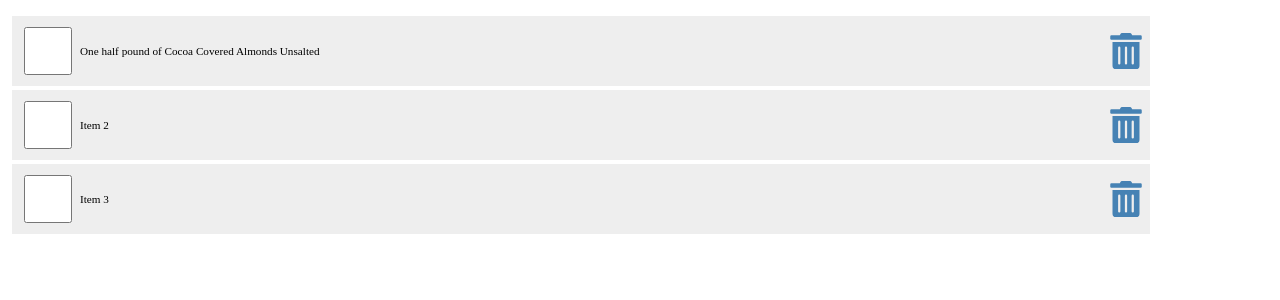
Repository: akinmiday/react-series
Page: /
An editor plug-in stored every save of this project. The page is shown before and after the next save, followed by the edit.
The browser window is 1280 px wide. The pictures show the whole page.
The project was rebuilt for these pictures with package versions that can differ from the ones it lists, and the page was loaded fresh each time. Also part of the build but not shown: vite.config.js, src/index.css.

Above is the page before, as saved 2023-08-21 18:45:28.

### src/App.jsx
import { useState } from 'react'
import { FaTrashAlt } from "react-icons/fa"
import './App.css'

const App = () => {

  const [items, setItems] = useState([
    {
      id: 1,
      checked: false,
      item: "One half pound of Cocoa Covered Almonds Unsalted"
    },
    {
      id: 2,
      checked: false,
      item: "Item 2"
    },
    {
      id: 3,
      checked: false,
      item: "Item 3"

    }
  ])

  const handleCheck = (id) => {
    const listItems = items.map((item) => item.id === id ? { ...item, checked: !item.checked } : item)
    setItems(listItems)
    localStorage.setItem("shoppinglist", JSON.stringify(listItems))
  }

  const handleDelete = (id) => {
    const listItems = items.filter((item) => item.id !== id)
    setItems(listItems)
    localStorage.setItem("shoppinglist", JSON.stringify(listItems))
  }


  return (
    <>
      {items.length ? (
        <ul>
          {items.map((item) => (
            <li className='item' key={item.id} >
              <input
                type='checkbox'
                checked={item.checked}
                onChange={() => handleCheck(item.id)}
              />
              <label
                style={(item.checked) ? { textDecoration: 'line-through' } : null}
                onDoubleClick={() => handleCheck(item.id)}
              >{item.item}</label>
              <FaTrashAlt
                onClick={() => handleDelete(item.id)}
                role='button'
                tabIndex="0"
              />
            </li>
          ))}
        </ul>
      ) : (
        <p style={{ marginTop: '2rem' }} >Your List is empty</p>
      )}
    </>
  )
}

export default App

### src/App.css
ul {
    width: 90%;
    list-style: none;
    padding: 0 0.25rem 0.25rem;
}

ul li::before{
    content: "\200B";
}

.item{
    display: flex;
    justify-content: flex-start;
    align-items: center;
    padding: 0.5rem 0 0.5rem 0.5rem;
    margin: 0.25rem 0;
    background-color: #eee;
}

.item input[type="checkbox"] {
    text-align: center;
    width: 2.5rem;
    width: 48px;
    min-width: 48px;
    height: 2.5rem;
    height: 48px;
    min-height: 48px;
    cursor: pointer;
    margin-right: 0.5rem;
}

.item input[type="checkbox"]:focus + label{
text-decoration: underline;
}

.item > label{
    font-size: 0.7rem;
    flex-grow: 1;
}

.item svg{
    width: 48px;
    min-width: 48px;
    height: 36px;
    font-size: 2px;
    color: steelblue;
    cursor: pointer;
}

.item svg:focus,
.item svg:hover{
    color: red;
    outline: none;
}

### src/Content.jsx
import { useState } from 'react'
import { FaTrashAlt } from "react-icons/fa"

const Content = () => {

    const [items, setItems] = useState([
        {
            id: 1,
            checked: false,
            item: "One half pound of Cocoa Covered Almonds Unsalted"
        },
        {
            id: 2,
            checked: false,
            item: "Item 2"
        },
        {
            id: 3,
            checked: false,
            item: "Item 3"

        }
    ])

    const handleCheck = (id) => {
        const listItems = items.map((item) => item.id === id ? { ...item, checked: !item.checked } : item)
        setItems(listItems)
        localStorage.setItem("shoppinglist", JSON.stringify(listItems))
    }

    const handleDelete = (id) => {
        const listItems = items.filter((item) => item.id !== id)
        setItems(listItems)
        localStorage.setItem("shoppinglist", JSON.stringify(listItems))
    }


    return (
        <>
            {items.length ? (
                <ul>
                    {items.map((item) => (
                        <li className='item' key={item.id} >
                            <input
                                type='checkbox'
                                checked={item.checked}
                                onChange={() => handleCheck(item.id)}
                            />
                            <label
                                style={(item.checked) ? { textDecoration: 'line-through' } : null}
                                onDoubleClick={() => handleCheck(item.id)}
                            >{item.item}</label>
                            <FaTrashAlt
                                onClick={() => handleDelete(item.id)}
                                role='button'
                                tabIndex="0"
                            />
                        </li>
                    ))}
                </ul>
            ) : (
                <p style={{ marginTop: '2rem' }} >Your List is empty</p>
            )}
        </>
    )
}

export default Content

Loaded but not shown: index.html (common file); src/main.jsx (common file)

After the next save:
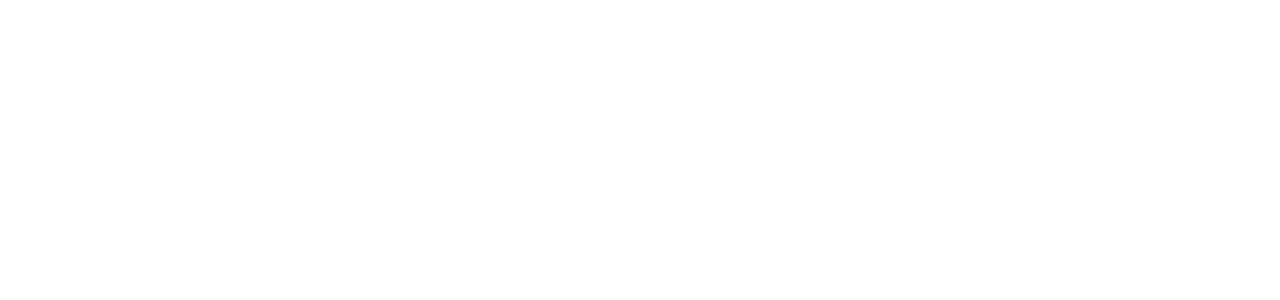
Saved 39 s later.
--- a/src/App.jsx
+++ b/src/App.jsx
@@ -1,67 +1,12 @@
-import { useState } from 'react'
-import { FaTrashAlt } from "react-icons/fa"
 import './App.css'
 
 const App = () => {
 
-  const [items, setItems] = useState([
-    {
-      id: 1,
-      checked: false,
-      item: "One half pound of Cocoa Covered Almonds Unsalted"
-    },
-    {
-      id: 2,
-      checked: false,
-      item: "Item 2"
-    },
-    {
-      id: 3,
-      checked: false,
-      item: "Item 3"
-
-    }
-  ])
-
-  const handleCheck = (id) => {
-    const listItems = items.map((item) => item.id === id ? { ...item, checked: !item.checked } : item)
-    setItems(listItems)
-    localStorage.setItem("shoppinglist", JSON.stringify(listItems))
-  }
-
-  const handleDelete = (id) => {
-    const listItems = items.filter((item) => item.id !== id)
-    setItems(listItems)
-    localStorage.setItem("shoppinglist", JSON.stringify(listItems))
-  }
 
 
   return (
     <>
-      {items.length ? (
-        <ul>
-          {items.map((item) => (
-            <li className='item' key={item.id} >
-              <input
-                type='checkbox'
-                checked={item.checked}
-                onChange={() => handleCheck(item.id)}
-              />
-              <label
-                style={(item.checked) ? { textDecoration: 'line-through' } : null}
-                onDoubleClick={() => handleCheck(item.id)}
-              >{item.item}</label>
-              <FaTrashAlt
-                onClick={() => handleDelete(item.id)}
-                role='button'
-                tabIndex="0"
-              />
-            </li>
-          ))}
-        </ul>
-      ) : (
-        <p style={{ marginTop: '2rem' }} >Your List is empty</p>
-      )}
+
     </>
   )
 }

After the save that followed:
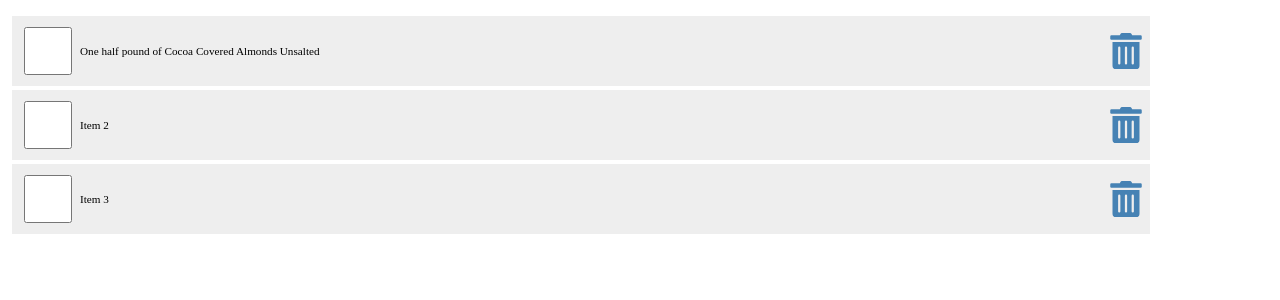
Saved 18 s later.
--- a/src/App.jsx
+++ b/src/App.jsx
@@ -1,4 +1,5 @@
 import './App.css'
+import Content from './Content'
 
 const App = () => {
 
@@ -6,7 +7,7 @@
 
   return (
     <>
-
+      <Content />
     </>
   )
 }
